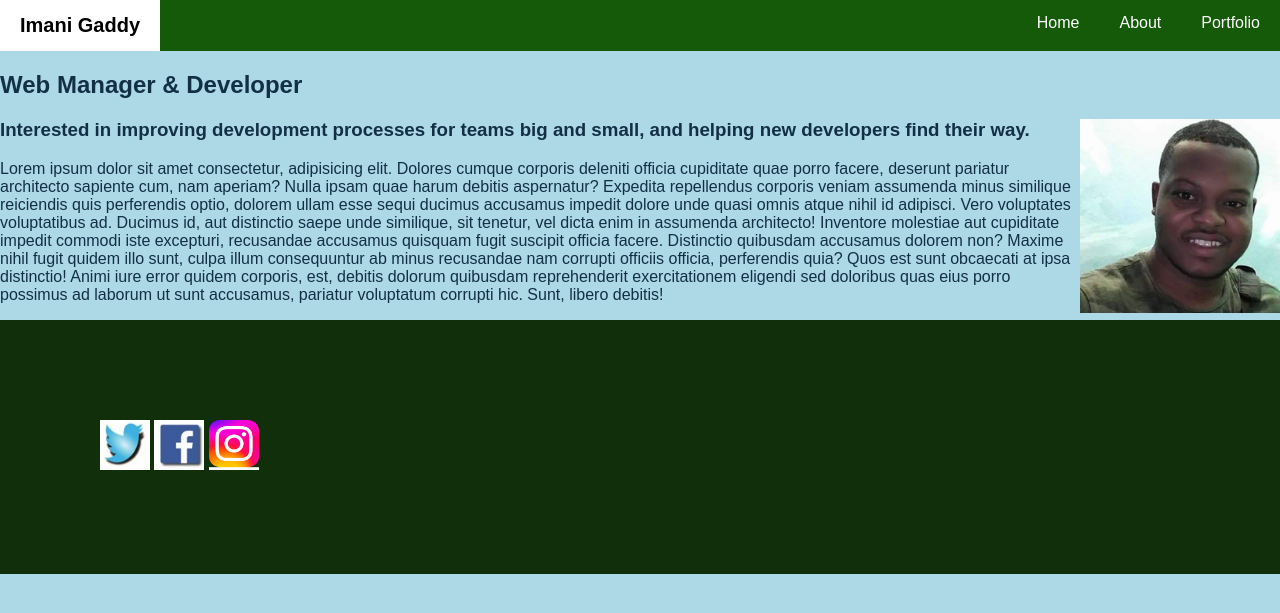
Repository: website-dev-team/website-repo
Page: personal_site/home.html
These files come from the project's save history. The page is drawn as it stood at one moment and after the next save; the edit follows.
The browser window is 1280 px wide. The pictures show the whole page.

Above is the page before, as saved 2024-07-16 05:37:32.

After the next save:
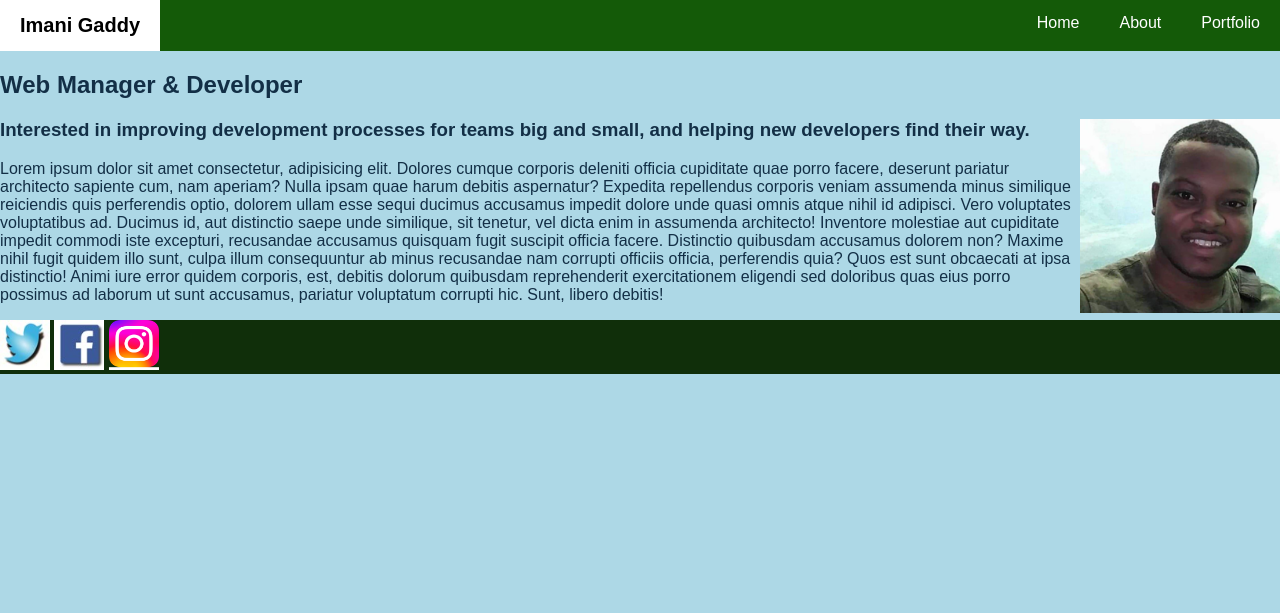
Saved 2 min 6 s later.
--- a/personal_site/style.css
+++ b/personal_site/style.css
@@ -42,7 +42,7 @@ body {
     background-color: #102f0a;
     overflow: hidden;
     margin: 0px;
-    padding: 100px;
+    flex: 1;
 }
 
 .navbar2 a {
